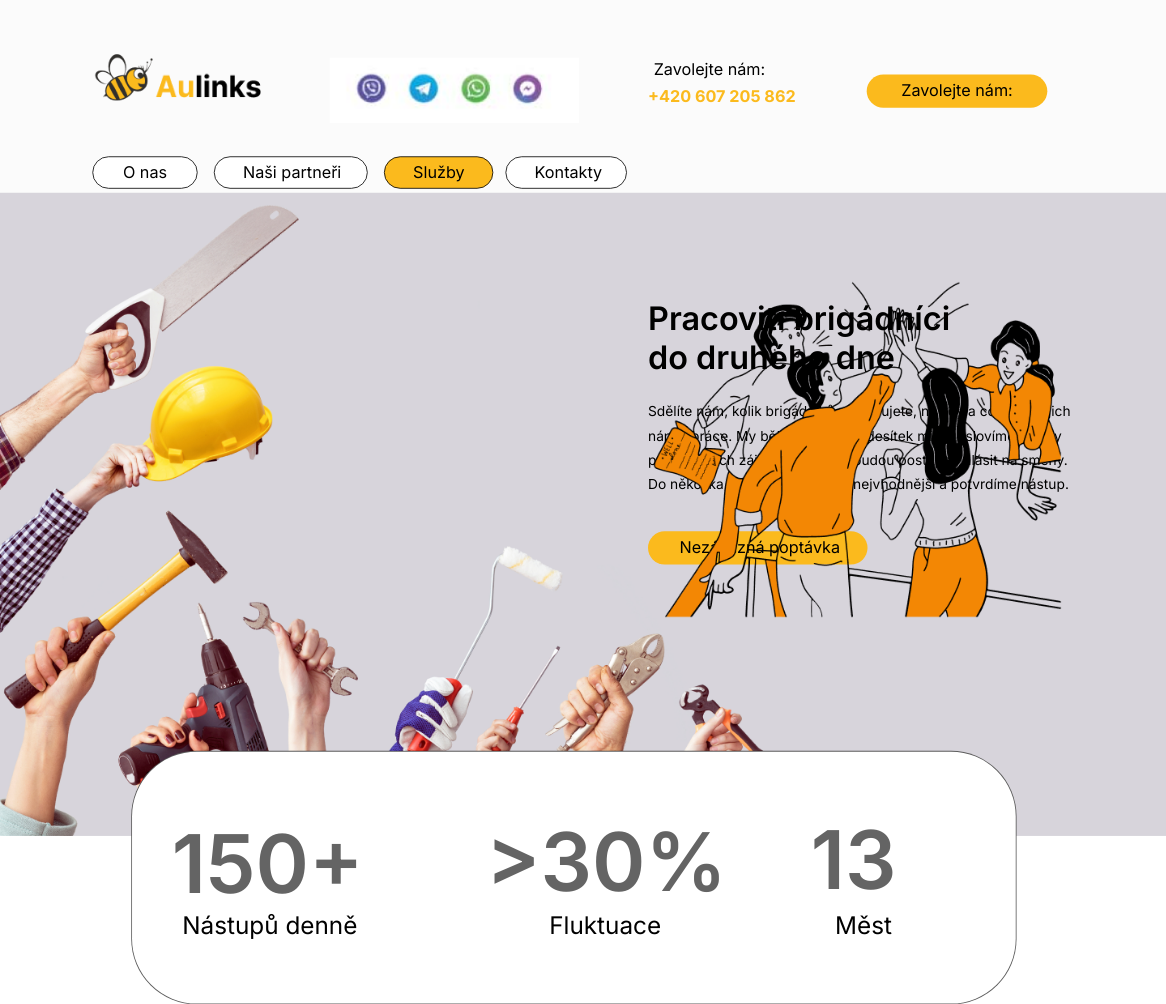
Repository: bilday08/bilday08.github.io
Page: page2.html
The author's editor kept a copy of each file at every save. The page is drawn from the files as they stood at one save, then again after the next save.
The browser window is 1280 px wide. The page is 1440 px wide, so the pictures cover 1440 px, including what lies to the right of the window. The pictures show the whole page, at 81% of full size.

Above is the page before, as saved 2022-10-16 00:39:37.

After the next save:
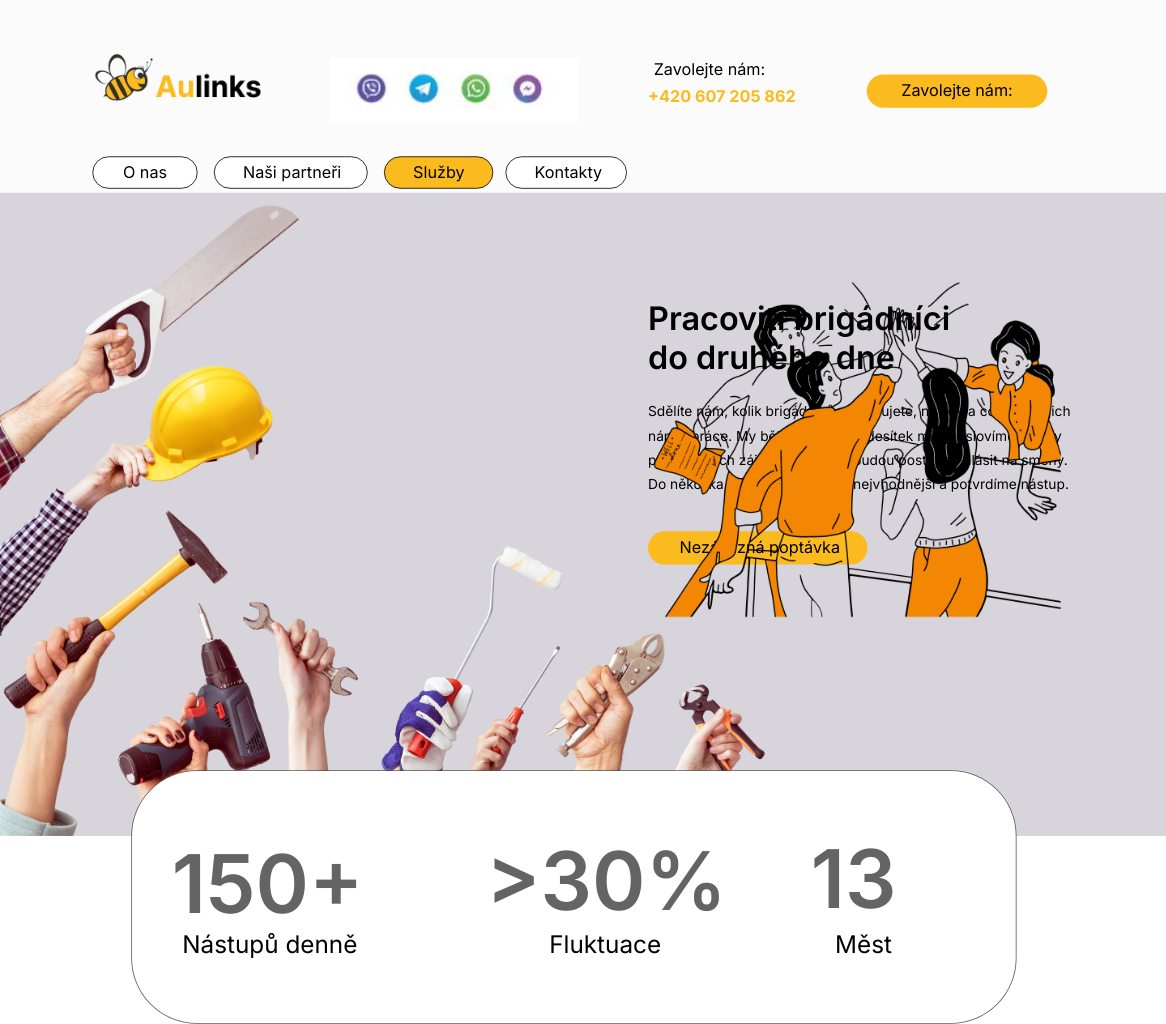
Saved 3 min 4 s later.
--- a/page2.html
+++ b/page2.html
@@ -66,6 +66,9 @@
                     <div class="container-top--center">
                         <img src="./images/page2(1).png" alt="#" class="herder-images--top_center"/>
                     </div>
+                    <div class="herder-line">
+                        <a href="#" class="herder-linepage"></a>
+                    </div>
                 <div class="center-button">
                     <a href="#" class="center-button--white">
                         <div class="center-button--first">
--- a/style2.css
+++ b/style2.css
@@ -194,6 +194,12 @@
     margin-left: 807px;
     margin-top: -349px;
 }
+.herder-linepage{
+    width: 214.12px;
+    height: 0px;
+    border: 1px solid rgba(0, 0, 0, 0.64);
+    margin-top: 420px;
+}
 .center-button--white{
     text-decoration: none;
     max-width: 1093px;

After the save that followed:
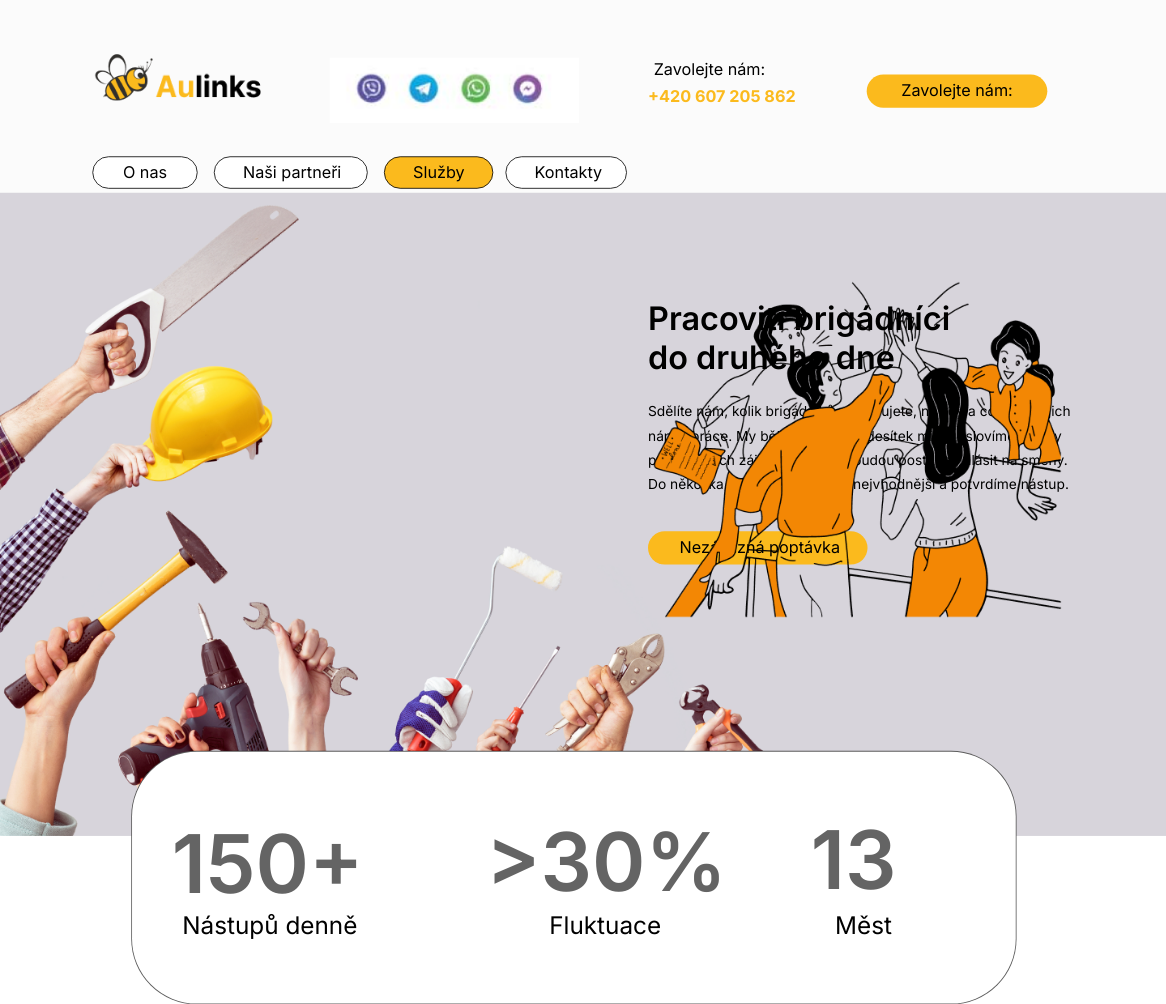
Saved 82 s later.
--- a/page2.html
+++ b/page2.html
@@ -66,9 +66,6 @@
                     <div class="container-top--center">
                         <img src="./images/page2(1).png" alt="#" class="herder-images--top_center"/>
                     </div>
-                    <div class="herder-line">
-                        <a href="#" class="herder-linepage"></a>
-                    </div>
                 <div class="center-button">
                     <a href="#" class="center-button--white">
                         <div class="center-button--first">
--- a/style2.css
+++ b/style2.css
@@ -194,12 +194,12 @@
     margin-left: 807px;
     margin-top: -349px;
 }
-.herder-linepage{
+/*.herder-linepage{
     width: 214.12px;
     height: 0px;
     border: 1px solid rgba(0, 0, 0, 0.64);
     margin-top: 420px;
-}
+}*/
 .center-button--white{
     text-decoration: none;
     max-width: 1093px;
@@ -210,7 +210,7 @@
     margin-top: 165px;
     margin-left: 162px;
     margin-right: 185px;
-    padding-top: 78px;
+    padding-top: 245px;
     border: 1px solid rgba(0, 0, 0, 0.64);
 }
 .center-button--first1{
